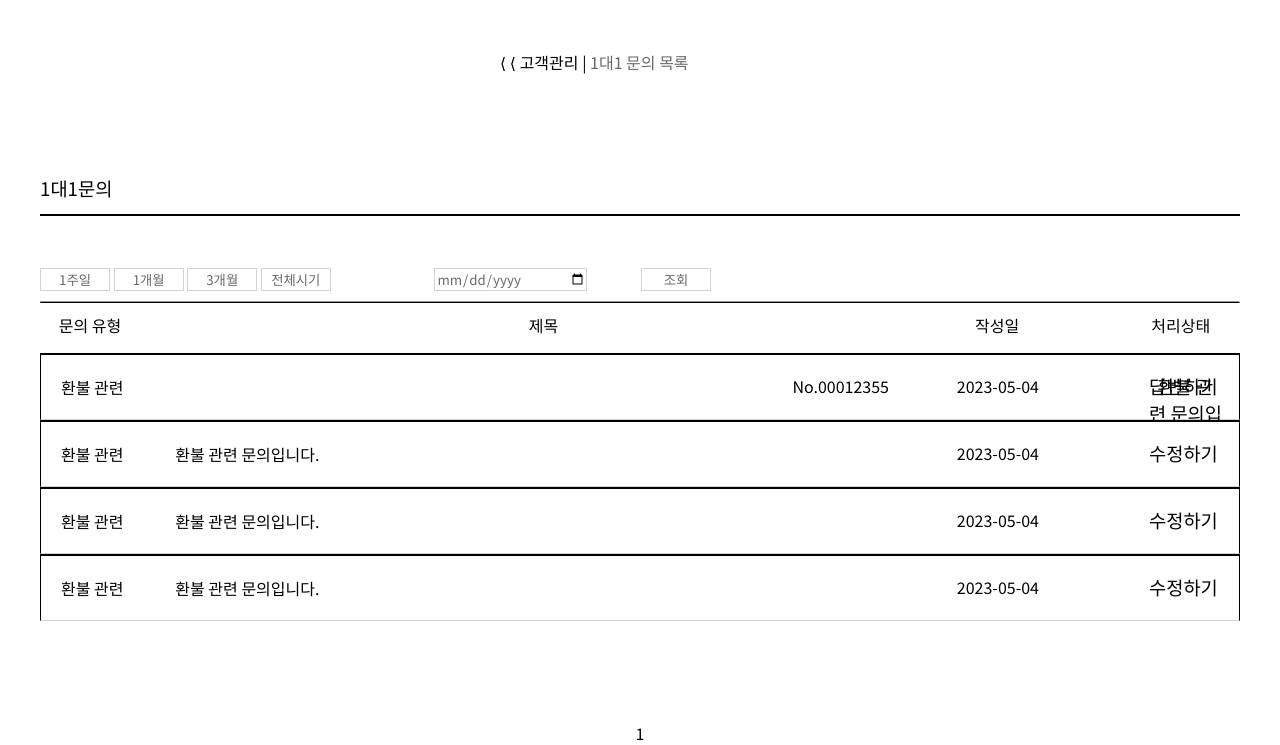
Repository: mcw9503/PassionForFashion
Page: Semi_Project/src/main/webapp/WEB-INF/QnaPage.html
An editor plug-in stored every save of this project. The page is shown before and after the next save, followed by the edit.
The browser window is 1280 px wide. The pictures show the whole page.

Above is the page before, as saved 2023-05-07 08:41:58.

After the next save:
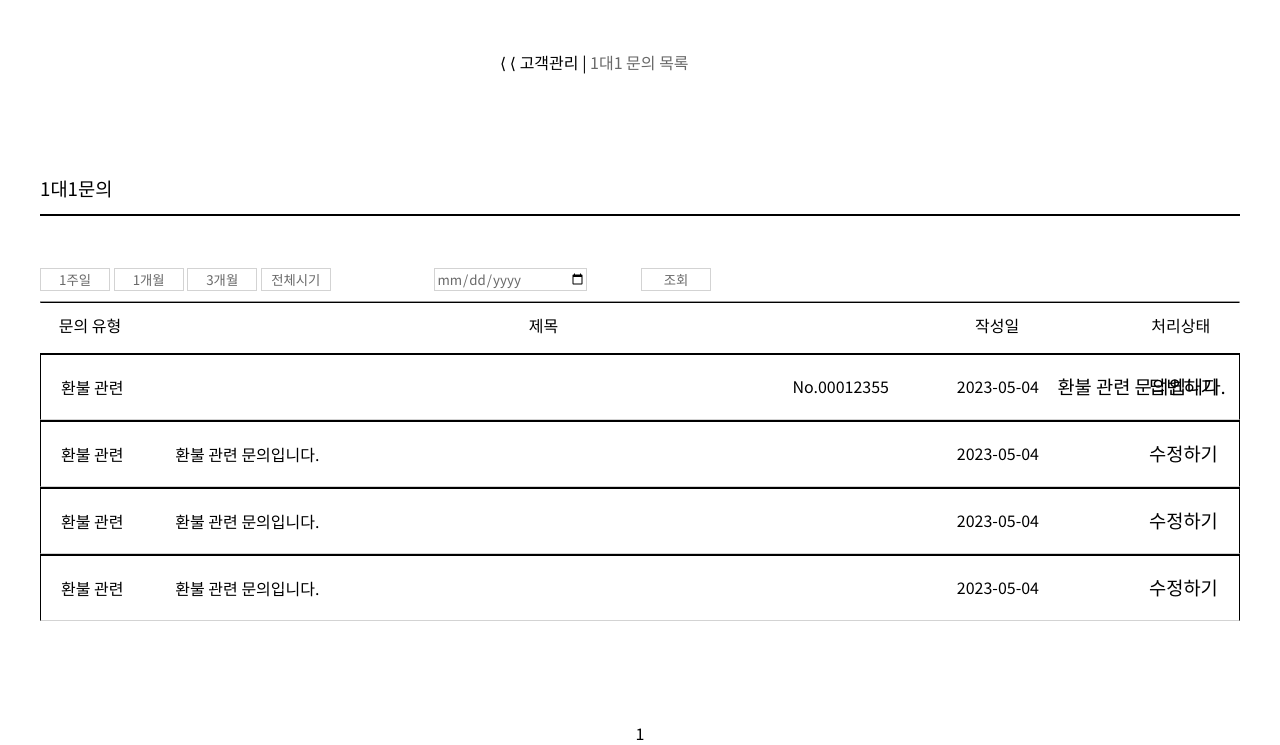
Saved 20 s later.
--- a/Semi_Project/src/main/webapp/WEB-INF/QnaPage.html
+++ b/Semi_Project/src/main/webapp/WEB-INF/QnaPage.html
@@ -147,7 +147,7 @@ div form input:active {
 		<label for="answer01">
 		<div class="qnaCategoy" style="display: inline-block; width: 100px;">환불 관련</div>
 
-		<h3 style="display: inline-block;">&nbsp;&nbsp;환불 관련 문의입니다.</h3>
+		<h3 style="display: inline-block; width: 180px;">&nbsp;&nbsp;환불 관련 문의입니다.</h3>
 		<span style="margin-right: 150px;">No.00012355</span>
 		<span>2023-05-04</span>
 		<h3 class="ansComplete"style="margin-left: 15px; ">답변하기</h3></label>
